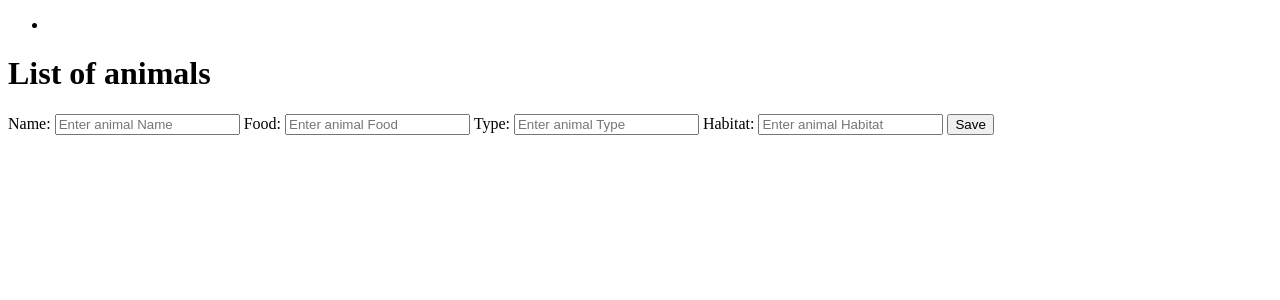
Repository: Dennis-star1001/PHP-CRUD
Page: http://localhost/
The author's editor kept a copy of each file at every save. The page is drawn from the files as they stood at one save, then again after the next save.
The browser window is 1280 px wide. The pictures show the whole page.
The page is run by PHP 8.4 with error messages shown; the project is at /var/www/html/.

Above is the page before, as saved 2022-07-05 22:42:55.

After the next save:
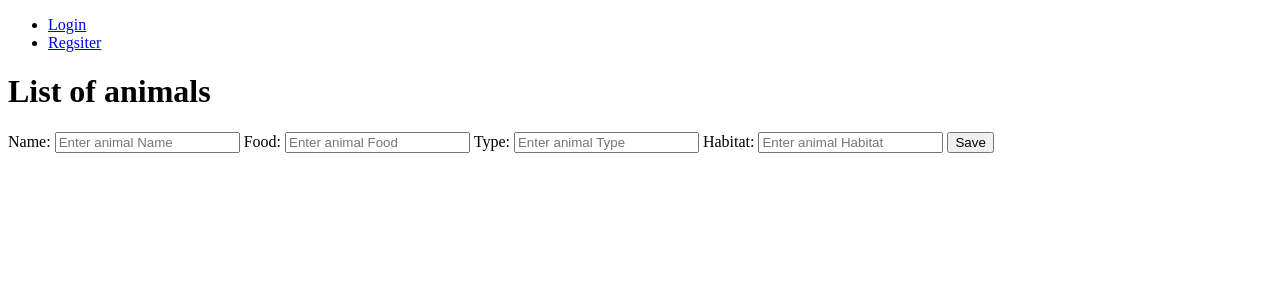
Saved 76 s later.
--- a/index.php
+++ b/index.php
@@ -11,7 +11,8 @@
 <body>
   <nav>
     <ul>
-        <li></li>
+        <li><a href="login.php">Login</a></li>
+        <li><a href="register.php">Regsiter</a></li>
     </ul>
   </nav>
 
